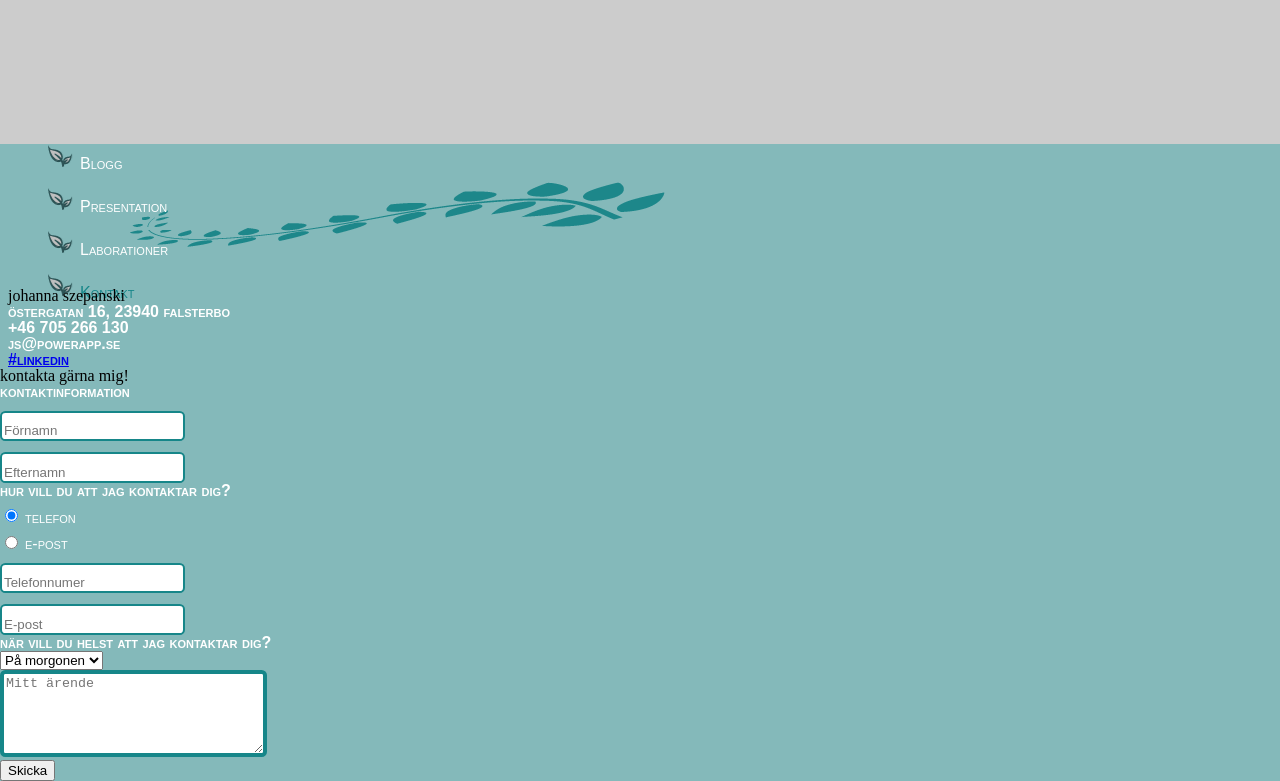
Repository: js223kz/1ik415-laborationer
Page: Pages/contact.html
The author's editor kept a record of every edit. The page is drawn from the files as they stood at one moment, then again after the next edit.
The browser window is 1280 px wide. The pictures show the whole page.

Above is the page before.

### Pages/contact.html
<!doctype html>
<html lang="sv">

<head>
    <meta charset="utf-8" />
    <title>Kontakt</title>
    <link rel="stylesheet" href="../css/style.css" type="text/css" />
</head>

<body>
    <div id="wrapper">
        <header id="contactheader">
            <nav>
                <ul>
                    <li><a href="../index.html">Blogg</a></li>
                    <li><a href="presentation.html">Presentation</a></li>
                    <li><a href="laborations.html">Laborationer</a></li>
                    <li><a href="contact.html" class="active">Kontakt</a></li>
                </ul>
            </nav>
        </header>

            <main>
                <aside class="sidebar" id="contactinfo">
                <h1 id="myname">johanna szepanski</h1>
                <h4 id="myadress">östergatan 16, 23940 falsterbo<br />+46 705 266 130<br />

                </h4>
                <h4 id="myphone"></h4>
                <h4 id="myemail">js@powerapp.se</h4>
                <h4 id="mylinkedin"><a href="#">#linkedin</a></h4>
                </aside>

               <section id="contactform">
                    <form method="POST" action="http://voyager.lnu.se/tekinet/kurser/dtt/wp_webbintro/form.php">
                    <h1>kontakta gärna mig!</h1>
                        <div id="names">
                            <h4 class=contactinfo>kontaktinformation</h4>
                            <div><input type="text" id="firstname" name="firstname" placeholder="Förnamn"/>
                            </div>
                            <div><input type="text" id="lastname" name="lastname" placeholder="Efternamn" />
                            </div>
                        </div>

                        <div id="how">
                            <h4 class=contactinfo>hur vill du att jag kontaktar dig?</h4>
                            <div><input id="phone" value="phone" type="radio" name="detail"checked/>
                            <label for="phone">telefon</label>
                            </div>
                            <div><input id="email" value="email" type="radio" name="detail"/>
                            <label for="email">e-post</label>
                            </div>
                            <div><input type="text" placeholder="Telefonnumer"/>
                            </div>
                            <div><input type="text" placeholder="E-post"/>
                            </div>
                        </div>

                        <div id="when">
                            <h4 class=contactinfo>när vill du helst att jag kontaktar dig?</h4>
                            <select name="whenoption" id="whenoption">
                                <option checked>På morgonen</option>
                                <option>Efter lunch</option>
                                <option>På kvällen</option>
                            </select>
                        </div>

                        <div id="aboutwhat">
                            <textarea cols="30" rows="5" value="whatiwant" placeholder="Mitt ärende"></textarea>
                        </div>

                    <div id="sendbutton">
                        <button type="submit">Skicka</button>
                    </div>
                </form>
            </section>
        </main>
        <footer></footer>
    </div>
</body>
</html>

### css/style.css
/* http://meyerweb.com/eric/tools/css/reset/
   v2.0 | 20110126
   License: none (public domain)
   #455660 = header
*/

html, body, div, span, applet, object, iframe,
h1, h2, h3, h4, h5, h6, p, blockquote, pre,
a, abbr, acronym, address, big, cite, code,
del, dfn, em, img, ins, kbd, q, s, samp,
small, strike, strong, sub, sup, tt, var,
b, u, i, center,
dl, dt, dd, ol, ul, li,
fieldset, form, label, legend,
table, caption, tbody, tfoot, thead, tr, th, td,
article, aside, canvas, details, embed,
figure, figcaption, footer, header, hgroup,
menu, nav, output, ruby, section, summary,
time, mark, audio, video {
	margin: 0;
	padding: 0;
	border: 0;
	font-size: 100%;
	font: inherit;
	vertical-align: baseline;
}
/* HTML5 display-role reset for older browsers */
article, aside, details, figcaption, figure,
footer, header, hgroup, menu, nav, section {
	display: block;
}
body {
	line-height: 1;
	background-color: #cccccc;

}
ol, ul {
	list-style: none;
}
blockquote, q {
	quotes: none;
}
blockquote:before, blockquote:after,
q:before, q:after {
	content: '';
	content: none;
}
table {
	border-collapse: collapse;
	border-spacing: 0;
}

h4{
    font-size: 1em;
    font-family: 'Raleway', sans-serif;
    font-weight: 600;
    font-style: normal;
    font-variant: small-caps;
    color: #ffffff;
}
p{
    font-family: Verdana, Arial, sans-serif;
	font-size: 0.9em;
	line-height: 1.4em;
}
#wrapper{
    width: 80em;
    height: auto;
    margin-left: auto;
    margin-right: auto;
    margin-top: 0.8em;
    background-color: #84b9ba;
}
header{
    height: 9em;
    max-width: 100%;
    background: url(pics/girland.png) left no-repeat;
}
.pageheadline{
    font-family: 'Raleway', sans-serif;
    font-weight: 600;
    font-style: normal;
    font-size: 5em;
    position:relative;
    left: 5.5em;
    top: 1em;
}

nav{
    width: 30%;
    position: relative;
    margin-top: 9em;
    margin-left: 0.5em;
}
nav ul{
    width: 40%;
    margin-bottom: 2em;
    margin-left: 2.5em;
}
nav li{
    height: 2.5em;
    border-bottom: 0.2em solid #84b9ba;
    position: relative;
    background: url('pics/sprites.png') -250px 0px ;
	background-repeat: no-repeat;
}
nav li:hover{background: url('pics/sprites.png') 0px 0px; background-repeat: no-repeat;}

nav a{
    font-size: 1em;
    line-height: 2.5em;
	font-family: 'Raleway', sans-serif;
	text-decoration: none;
	font-variant: small-caps;
	color: #ffffff;
	left: 2.5em;
    padding-left: 2em;
}
nav a:link {text-decoration: none; }
nav a:visited {color: #ffffff; text-decoration: none; }

.active{
    color: #168689;
}
aside{
    width:30%;
    height: auto;
    position: relative;
    clear:both;
    margin-left: 0.5em;
}
.sidebarsection{
    background-color: #168689;
    width: 60%;
    height: 100%;
    margin-left: 2.5em;
}
.sidebarlist{
    padding-bottom: 0.8em;
    padding-top: 0.8em;
    height: auto;
}
.sidebarheadline{
    font-size: 1.5em;
    margin-left: 0.4em;
    font-family: 'Raleway', sans-serif;
    font-variant: small-caps;
}
.sidebarlistitem{
    font-size: 0.7em;
    line-height: 1.4em;
    margin-left: 1.6em;
	font-family: 'Varela', sans-serif;
	color: #ffffff;
}
.sidebarlink{
    text-decoration: underline;
    color: #ffffff;
}

.sidebarlink:link {text-decoration: underline;}
.sidebarlink:visited {color: #ffffff; text-decoration: underline;}
.sidebarlink:hover {color: #8ce9ec; text-decoration: underline;}

.contentsection{
    width: 60%;
    min-height: 700px;
    margin-bottom: 2em;
    margin-left: 35%;
    position: relative;
    margin-top: -24em;
}
.contentarticle{
	width: 100%;
	height: auto;
	margin-bottom: 20px;
	border-bottom: 0.3em solid  #168689;
}
.contentheadline{
    font-size: 2em;
	font-family: 'Raleway', sans-serif;
	font-variant: small-caps;
	color: #000000;
}
.contentlink{
    color: #ffffff;
}

.contentlink:link {text-decoration: underline;}
.contentlink:visited {color: #ffffff; text-decoration: underline;}
.contentlink:hover {color: #8ce9ec; text-decoration: underline;}

.contentparagraph{
    margin-bottom: 0.8em;
    margin-top: 0.8em;
}
.blogfooter{
    margin-top: 0.3em;
    margin-bottom: 0.8em;
	font-size: 0.7em;
	font-family: Verdana, Arial, sans-serif;
	font-style: italic;
}

/*blogimages left or right*/
.left{
	float: right;
	margin: 10px;
}
.right{
	float: left;
	margin: 10px;
}
#copycat.right{
    max-width: 200px;
    float: left;
}

.commentsection{
    width: 100%;
    margin-bottom: 0.8em;
    margin-top: 0.8em;
    margin-left: 0em;
    border-top: 0.1em dotted #168689;
    border-bottom: 0.1em dotted #168689;
}
.commentheadline{
    font-size: 2em;
	font-family: 'Raleway', sans-serif;
	font-variant: small-caps;
	color: #000000;
}
.commentpost{
    font-size: 0.8em;
	font-family: Verdana, Arial, sans-serif;
	font-style: italic;
}
.comment{
    margin-top: 0.8em;
    margin-bottom: 0.8em;
}
.commentauthor{
	font-size: 0.7em;
	font-family: Verdana, Arial, sans-serif;
	font-style: italic;
	margin-bottom: 0.8em;
}
#pagebottom{
    width: 100%;
    height: 2em;
    background-color: #168689;
    clear: both;
}

/*laboration page*/
.gradetable{
    margin-left: 2.5em;
}
.gradetable h1{
    font-size: 1.5em;
    margin-left: 0em;
    margin-top: 1em;
    margin-bottom: 0.2em;
    font-family: 'Raleway', sans-serif;
    font-variant: small-caps;
}
table {
	margin-top: 0em;
}
thead tr th{
    padding: 6px 6px 6px 6px;
	border: 1px solid #ffffff;
}
tfoot tr th{
	border: 1px solid #ffffff;
	padding: 6px 6px 6px 6px;
}
tr{
	border: 1px solid #ffffff;
	padding: 6px 6px 6px 6px;
	font-size: 0.7em;
	line-height: 1.1em;
	font-family: Verdana, Arial, sans-serif;
	color: #000000;
}
td{
	border: 1px solid #ffffff;
	padding: 6px 6px 6px 6px;
}
dl{
    margin-bottom: 0.8em;
}

dt{
	font-family: Verdana, Arial, sans-serif;
	font-size: 0.9em;
	line-height: 1.4em;
}
dd {
	font-family: Verdana, Arial, sans-serif;
	font-size: 0.9em;
	line-height: 1.4em;
}
#contactsidebarsection{
    width: 80%;
}
#contactinfosection{
    height: auto;
    width: 100%;
}
#hcard-Johanna-Szepanski{
    font-size: 1em;
    padding-top: 0.8em;
    padding-bottom: 0.8em;
    line-height: 1.4em;
    text-align: center;
    font-family: Verdana, Arial, sans-serif;
    font-variant: small-caps;
    color: #fff;
}
.formheadlines{
    margin-top: 0.8em;
}
input{
    padding-top: 0.8em;
    margin-top: 0.8em;
    border: 0.2em solid  #168689;
    border-radius: 0.4em;
}
label{
    font-size: 1em;
    font-family: 'Raleway', sans-serif;
    font-variant: small-caps;
    color: #ffffff;
}
textarea{
    border: 0.3em solid  #168689;
    border-radius: 0.4em;
}
.education{
    width: 47%;
    height: auto;
    float: left;
    background-color: #168689;
}
.workexperience{
    width: 47%;
    height: auto;
    float: left;
    margin-left: 6%;
    background-color: #168689;
}
#pagebottom{
    width: 100%;
    height: 3em;
    background-color: #168689;
    clear: both;
}

After the next edit:
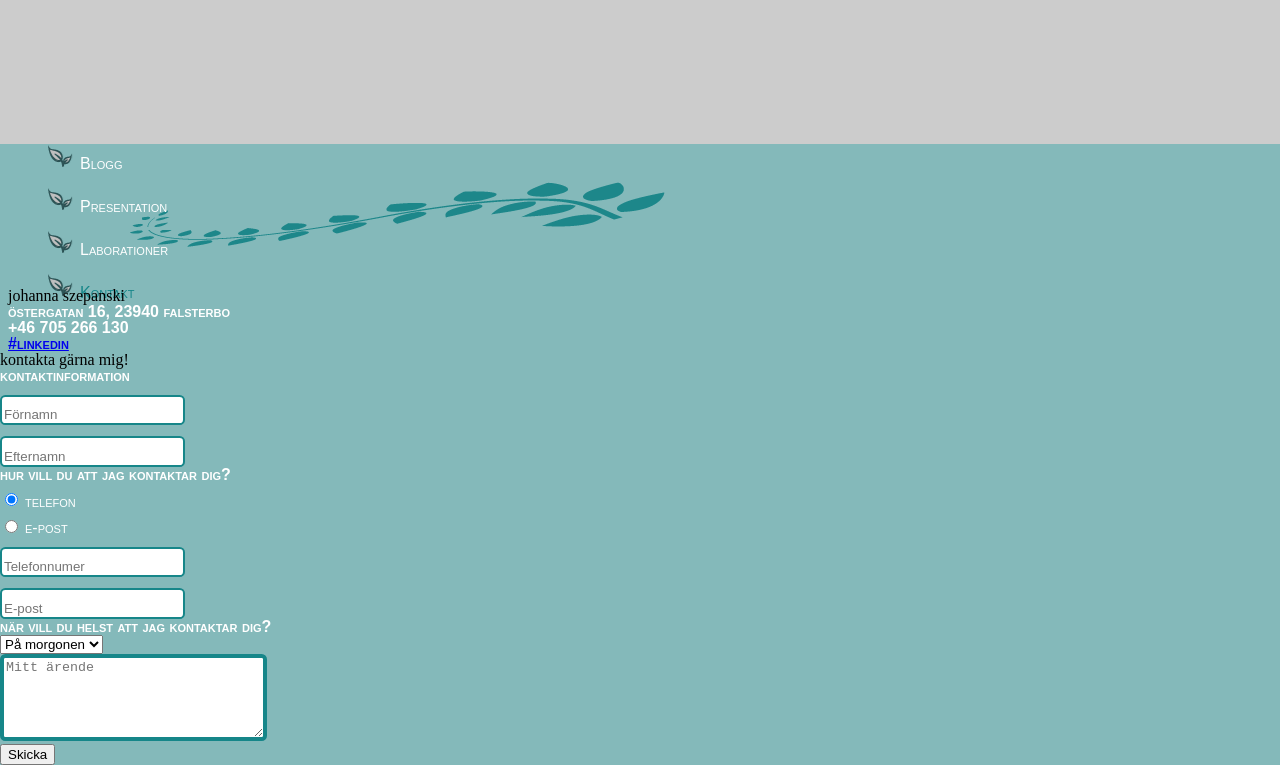
The edit:
--- a/Pages/contact.html
+++ b/Pages/contact.html
@@ -27,7 +27,7 @@
 
                 </h4>
                 <h4 id="myphone"></h4>
-                <h4 id="myemail">js@powerapp.se</h4>
+                <h4 id="myemail"></h4>
                 <h4 id="mylinkedin"><a href="#">#linkedin</a></h4>
                 </aside>
 

After the edit that followed:
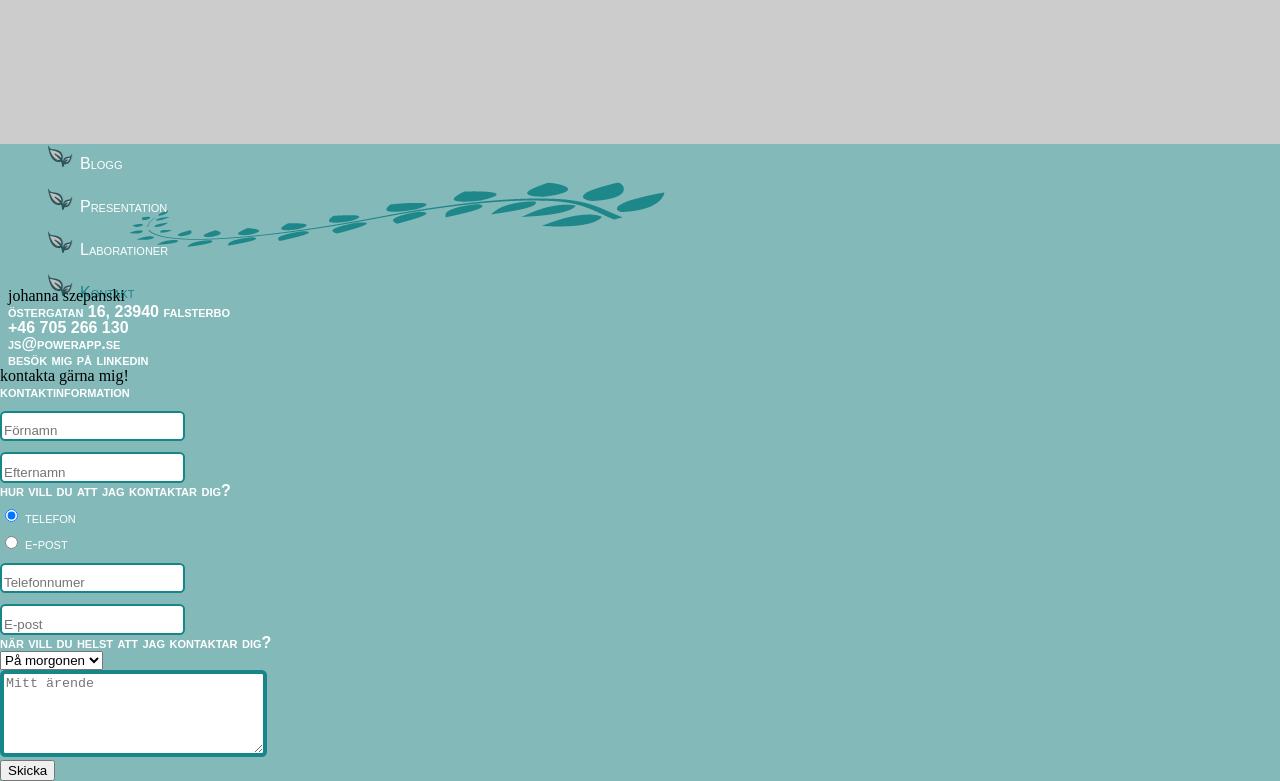
The edit:
--- a/Pages/contact.html
+++ b/Pages/contact.html
@@ -23,12 +23,8 @@
             <main>
                 <aside class="sidebar" id="contactinfo">
                 <h1 id="myname">johanna szepanski</h1>
-                <h4 id="myadress">östergatan 16, 23940 falsterbo<br />+46 705 266 130<br />
-
-                </h4>
-                <h4 id="myphone"></h4>
-                <h4 id="myemail"></h4>
-                <h4 id="mylinkedin"><a href="#">#linkedin</a></h4>
+                <h4 id="myinfo">östergatan 16, 23940 falsterbo<br />+46 705 266 130<br />js@powerapp.se</h4>
+                <h4 id="mylinkedin" class="externallink" href="https://www.linkedin.com/profile/view?id=312122766&trk=nav_responsive_tab_profile" title="Öppnar Johannas profil på LinkedIn" target="_blank">besök mig på linkedin</a></h4>
                 </aside>
 
                <section id="contactform">
